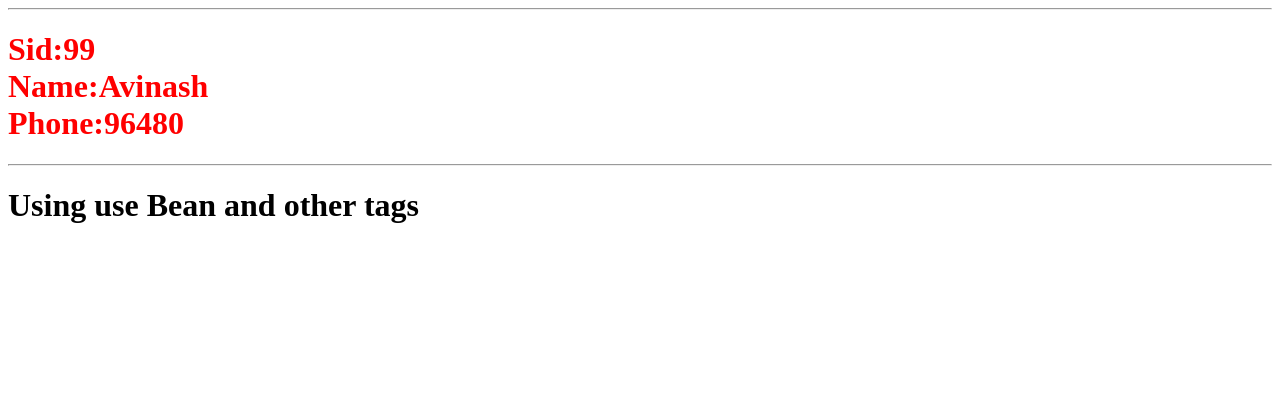
Repository: avinashxr10/Java-Codes
Page: http://localhost/JSP2/
An editor plug-in stored every save of this project. The page is shown before and after the next save, followed by the edit.
The browser window is 1280 px wide. The pictures show the whole page.
The page is served by Tomcat 9.

Above is the page before, as saved 2021-12-29 16:11:15.

After the next save:
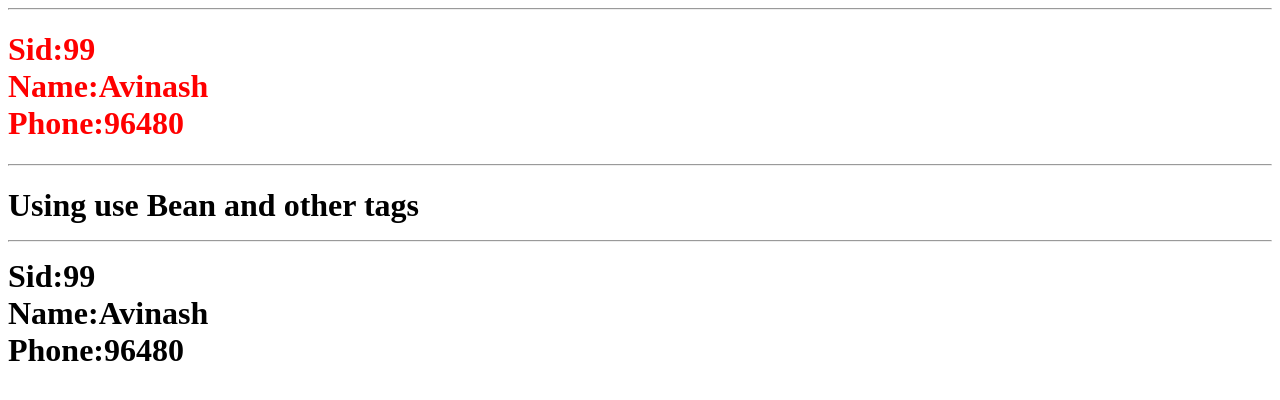
Saved 3 min 29 s later.
--- a/JSP/JSP2/src/main/webapp/index.jsp
+++ b/JSP/JSP2/src/main/webapp/index.jsp
@@ -32,6 +32,14 @@
 		Using use Bean and other tags
 		<jsp:useBean id="STUD" class="com.jtcindia.jsp.Student"
 			scope="session"></jsp:useBean>
+
+		<%-- <jsp:setProperty property="sid" name="STUD" value="88" />
+		<jsp:setProperty property="name" name="STUD" value="som rai" />
+		<jsp:setProperty property="phone" name="STUD" value="9990699111" /> --%>
+		<hr>
+		Sid:<jsp:getProperty property="sid" name="STUD" /><br>Name:<jsp:getProperty
+			property="name" name="STUD" /><br>Phone:<jsp:getProperty
+			property="phone" name="STUD" />
 	</h1>
 
 </body>
